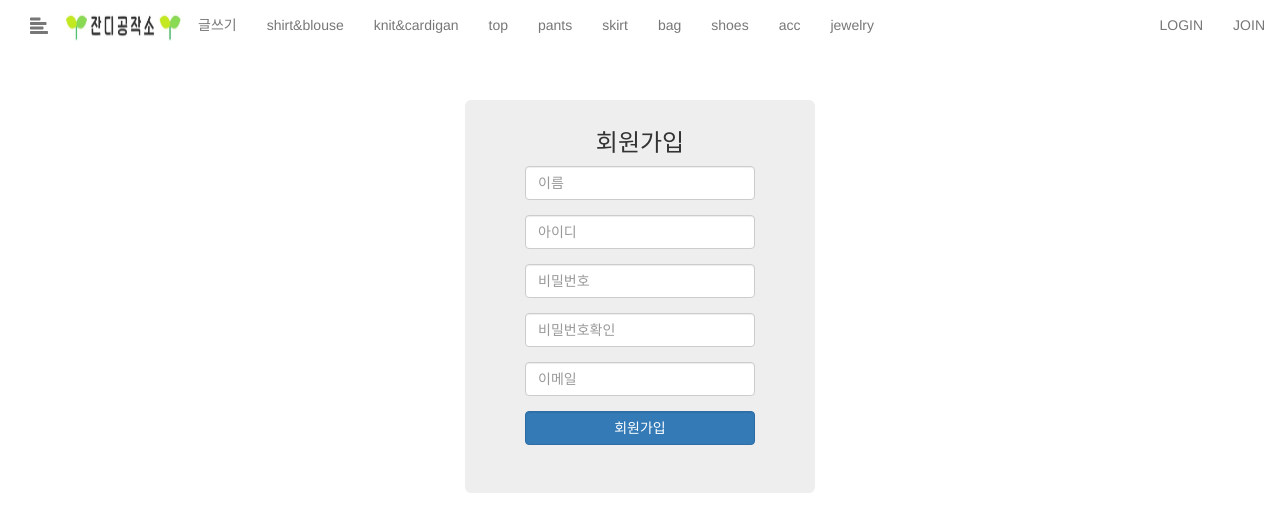
Repository: guddus326/Grass_Farm
Page: http://localhost/Grass_Farm/Join.jsp
The author's editor kept a copy of each file at every save. The page is drawn from the files as they stood at one save, then again after the next save.
The browser window is 1280 px wide. The pictures show the whole page.
Some web libraries are served in a nearby version. The page is served by Tomcat 9.

Above is the page before, as saved 2020-09-27 13:52:59.

After the next save:
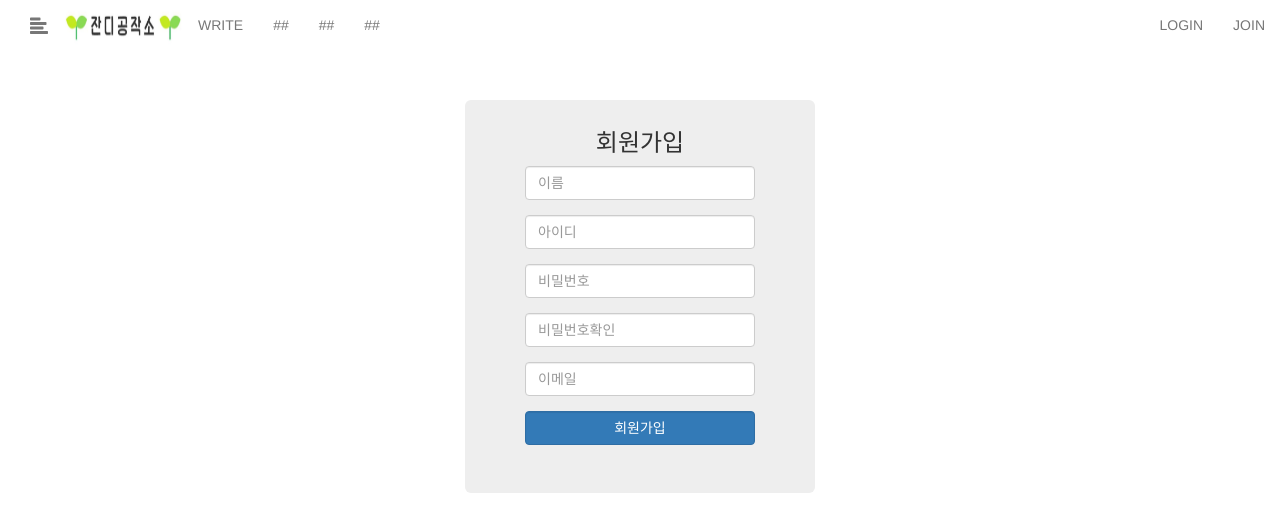
Saved 3 min 53 s later.
--- a/Grass_Farm/Grass_Farm/WebContent/Join.jsp
+++ b/Grass_Farm/Grass_Farm/WebContent/Join.jsp
@@ -21,6 +21,12 @@
 		</style>
     </head>
     <body>
+    <%
+		String userID=null;
+		if(session.getAttribute("userID")!=null){
+			userID=(String)session.getAttribute("userID");
+		}
+    %>
     <nav class="navbar-fixed-top navbar-default">
         <div class="container-fluid">
             <div class="navbar-header">
@@ -34,24 +40,29 @@
 
           <!-- Collect the nav links, forms, and other content for toggling -->
           <div class="collapse navbar-collapse" id="bs-example-navbar-collapse-1">
-            <ul class="nav navbar-nav">
-              <li class="active"> <span class="sr-only">(current)</span></li>
-              <li><a href="#">글쓰기</a></li>
-              <li><a href="#">shirt&blouse</a></li>
-              <li><a href="#">knit&cardigan</a></li>
-              <li><a href="#">top</a></li>
-              <li><a href="#">pants</a></li>
-              <li><a href="#">skirt</a></li>
-              <li><a href="#">bag</a></li>
-              <li><a href="#">shoes</a></li>
-              <li><a href="#">acc</a></li>
-              <li><a href="#">jewelry</a></li>
+           <ul class="nav navbar-nav">
+              <li><a href="Write.jsp">WRITE</a></li>
+              <li><a href="#">##</a></li>
+              <li><a href="#">##</a></li>
+              <li><a href="#">##</a></li>
             </ul>
 
+            <%
+            	if(userID==null){
+            %>
             <ul class="nav navbar-nav navbar-right">
               <li><a href="Login.jsp">LOGIN</a></li>
               <li><a href="Join.jsp">JOIN</a></li>
             </ul>
+            <%
+            	}else{
+            %>
+            <ul class="nav navbar-nav navbar-right">
+              <li><a href="LogoutAction.jsp">LOGOUT</a></li>
+            </ul>
+            <%
+            	}
+            %>
           </div><!-- /.navbar-collapse -->
         </div><!-- /.container-fluid -->
     </nav>
